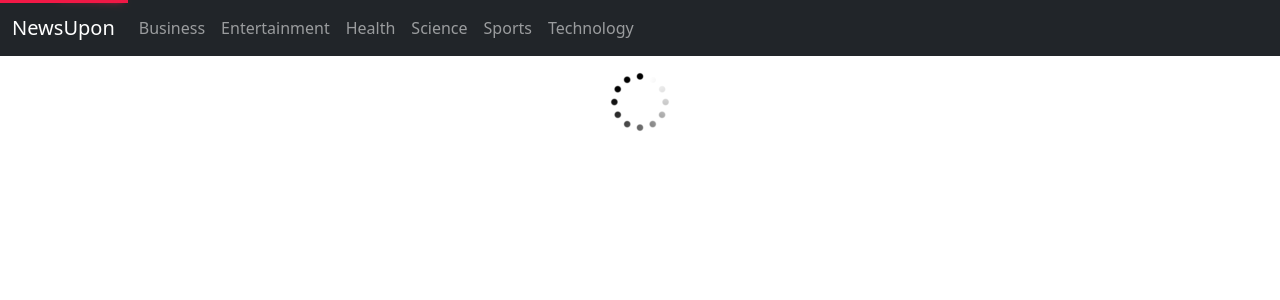
Repository: Akash33253/NewsUpon
Page: /business
An editor plug-in stored every save of this project. The page is shown before and after the next save, followed by the edit.
The browser window is 1280 px wide. The pictures show the whole page.
The page's requests for data from a server got no answer. The project was rebuilt for these pictures with package versions that can differ from the ones it lists, and the page was loaded fresh each time. No one was signed in, and anything a server would have sent is missing. Also part of the build but not shown: src/index.css, src/App.css, src/components/NewsItem.js.

Above is the page before, as saved 2022-11-12 22:49:30.

### public/index.html
<!DOCTYPE html>
<html lang="en">
  <head>
    <meta charset="utf-8" />
    <link rel="icon" href="%PUBLIC_URL%/favicon.ico" />
    <meta name="viewport" content="width=device-width, initial-scale=1" />
    <meta name="theme-color" content="#000000" />
    <meta
      name="description"
      content="NewsUpon is a free platform for daily doze of news. You can every type of news here for free."
    />
    <link rel="apple-touch-icon" href="%PUBLIC_URL%/logo192.png" />
    <link rel="manifest" href="%PUBLIC_URL%/manifest.json" />
    <link href="https://cdn.jsdelivr.net/npm/bootstrap@5.2.2/dist/css/bootstrap.min.css" rel="stylesheet" integrity="sha384-Zenh87qX5JnK2Jl0vWa8Ck2rdkQ2Bzep5IDxbcnCeuOxjzrPF/et3URy9Bv1WTRi" crossorigin="anonymous">
    <title>NewsUpon - FreeNews</title>
  </head>
  <body>
    <noscript>You need to enable JavaScript to run this app.</noscript>
    <div id="root"></div>
    <script src="https://cdn.jsdelivr.net/npm/bootstrap@5.2.2/dist/js/bootstrap.bundle.min.js" integrity="sha384-OERcA2EqjJCMA+/3y+gxIOqMEjwtxJY7qPCqsdltbNJuaOe923+mo//f6V8Qbsw3" crossorigin="anonymous"></script>
  </body>
</html>

### src/App.js
import './App.css';
import React,{useState} from 'react'
import Navbar from './components/Navbar';
import News from './components/News';
import LoadingBar from 'react-top-loading-bar'
import {
  BrowserRouter as Router,
  Routes,
  Route
} from "react-router-dom";
import Banner from './components/Banner';


export default function App() {
  const country="in"
  const pageSize= 9
  const apiKey = process.env.REACT_APP_NEWS_API
  const [progress,setpro]=useState(0);
  const setProgress=(p)=>{
     setpro(p);
  }
  return (
    <div>
        <Banner/>
        <Router>
        <Navbar/>
        <LoadingBar
        color='#f11946'
        progress={progress}
        transitionTime={2000}
        shadow={true}
        height={3}
         />
         <Routes>
          <Route  exact path="/" element={<News setProgress={setProgress} apiKey={apiKey} key="1"pageSize={pageSize} country={country} category="general"/>}></Route>
          <Route  exact path="/business" element={<News setProgress={setProgress} apiKey={apiKey} key="2"pageSize={pageSize} country={country} category="business"/>}></Route>
          <Route  exact path="/entertainment" element={<News setProgress={setProgress} apiKey={apiKey} key="3"pageSize={pageSize} country={country} category="entertainment"/>}></Route>
          <Route  exact path="/health" element={<News setProgress={setProgress} apiKey={apiKey} key="4"pageSize={pageSize} country={country} category="health"/>}></Route>
          <Route  exact path="/science" element={<News setProgress={setProgress} apiKey={apiKey} key="5"pageSize={pageSize} country={country} category="science"/>}></Route>
          <Route  exact path="/sports" element={<News setProgress={setProgress} apiKey={apiKey} key="6"pageSize={pageSize} country={country} category="sports"/>}></Route>
          <Route  exact path="/technology" element={<News setProgress={setProgress} apiKey={apiKey} key="7"pageSize={pageSize} country={country} category="technology"/>}></Route>
        </Routes>
        </Router>
      </div>
  )
}

### src/components/Navbar.js
import { Link } from 'react-router-dom'
import React from 'react'

export default function Navbar() {
    return (
        <div>
            <nav className="navbar fixed-top navbar-expand-lg bg-dark navbar-dark">
                <div className="container-fluid">
                    <Link className="navbar-brand" to="/">NewsUpon</Link>
                    <button className="navbar-toggler" type="button" data-bs-toggle="collapse" data-bs-target="#navbarSupportedContent" aria-controls="navbarSupportedContent" aria-expanded="false" aria-label="Toggle navigation">
                        <span className="navbar-toggler-icon"></span>
                    </button>
                    <div className="collapse navbar-collapse" id="navbarSupportedContent">
                        <ul className="navbar-nav me-auto mb-2 mb-lg-0">
                            <li className="nav-item">
                                <Link Link className="nav-link" aria-current="page" to="/business">Business</Link>
                            </li>
                            <li className="nav-item">
                                <Link Link className="nav-link" aria-current="page" to="/entertainment">Entertainment</Link>
                            </li>
                            <li className="nav-item">
                                <Link Link className="nav-link" aria-current="page" to="/health">Health</Link>
                            </li>
                            <li className="nav-item">
                                <Link Link className="nav-link" aria-current="page" to="/science">Science</Link>
                            </li>
                            <li className="nav-item">
                                <Link Link className="nav-link" aria-current="page" to="/sports">Sports</Link>
                            </li>
                            <li className="nav-item">
                                <Link Link className="nav-link" aria-current="page" to="/technology">Technology</Link>
                            </li>
                        </ul>
                    </div>

                </div>
            </nav>
        </div>
    )
}

### src/components/News.js
import React,{useEffect,useState} from 'react'
import NewsItem from "./NewsItem";
import Spinner from "./Spinner";
import InfiniteScroll from "react-infinite-scroll-component";

export default function News(props) {
  const [article,setArticle]=useState([]);
  const [loading,setloading]=useState(true);
  const [page,setpage]=useState(1);
  const [totalResults,settotalResults]=useState(0);
  const capitalizeFirstLetter = (string)=> {
    return string.charAt(0).toUpperCase() + string.slice(1);
  }
  const updateNews = async()=>{
    props.setProgress(10)
    const url = `https://newsapi.org/v2/top-headlines?country=${props.country}&category=${props.category}&apiKey=${props.apiKey}&page=${page}&pageSize=${props.pageSize}`;
    setloading(true);
     let data = await fetch(url);
     props.setProgress(30)
     let parsedData = await data.json();
     props.setProgress(60)
     setArticle(parsedData.articles);
     settotalResults(parsedData.totalResults);
     setloading(false)
     props.setProgress(100)
   }
   const fetchMoreData =async () => {
    setpage(page+1)
    const url = `https://newsapi.org/v2/top-headlines?country=${props.country}&category=${props.category}&apiKey=${props.apiKey}&page=${page+1}&pageSize=${props.pageSize}`;
    let data = await fetch(url);
    let parsedData = await data.json();
    setArticle(article.concat(parsedData.articles))
    setloading(false)
  };
  useEffect(()=>{
    updateNews();
  },[])
  return (
    <div className="container my-3">
        <h2 className='text-center my-3'>{capitalizeFirstLetter(props.category)} Headlines</h2>
      {loading&&<Spinner/>}
        <InfiniteScroll
          dataLength={article.length}
          next={fetchMoreData}
          hasMore={article.length!==totalResults}
          loader={<Spinner/>}
          >
        <div className="container">

        <div className="row">
          {!loading&&article.map((element) => {
            return <div className="col-md-4 my-2" key={element.url}>
                    <NewsItem
                    newsURL={element.url}
                    title={element.title?element.title.slice(0,45):""}
                    description={element.description?element.description.slice(0,88):""}
                    imgURL={element.urlToImage?element.urlToImage:"https://thumbs.dreamstime.com/b/tv-studio-live-broadcasting-recording-show-tv-news-program-studio-video-camera-lens-lights-positioned-stage-big-68406890.jpg"}
                    publishedAt={element.publishedAt?element.publishedAt:"- - - -"}
                    author={element.author?element.author:"Uknown"}
                    source={element.source.name?element.source.name:"Nil"}
                    />
                 </div>
          })}
        </div>
        </div>
          </InfiniteScroll>
      </div>
  )
}

### src/components/Banner.js
import React from 'react'

export default function Banner() {
  return (
    <div id="banner">

    </div>
  )
}

### src/components/Spinner.js
import loading from './loading.gif'
import React from 'react'

export default function Spinner() {
  return (
    <div style={{display:"flex",justifyContent:"center"}}>
      <img src={loading} alt="loading" />
    </div>
  )
}

Loaded but not shown: src/index.js (common file); src/reportWebVitals.js (common file); src/index.css (no copy from this time; the picture is the same without it)

After the next save:
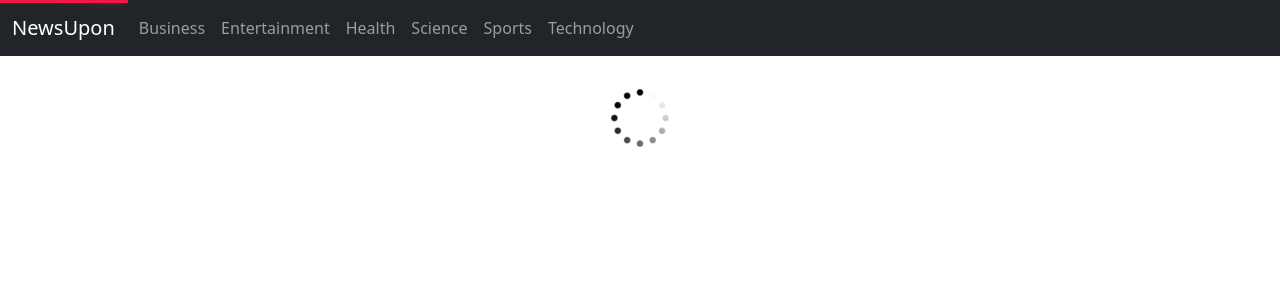
Saved 4 s later.
--- a/src/components/News.js
+++ b/src/components/News.js
@@ -37,7 +37,7 @@
   },[])
   return (
     <div className="container my-3">
-        <h2 className='text-center my-3'>{capitalizeFirstLetter(props.category)} Headlines</h2>
+        <h2 className='text-center my-4'>{capitalizeFirstLetter(props.category)} Headlines</h2>
       {loading&&<Spinner/>}
         <InfiniteScroll
           dataLength={article.length}

After the 2 saves that followed:
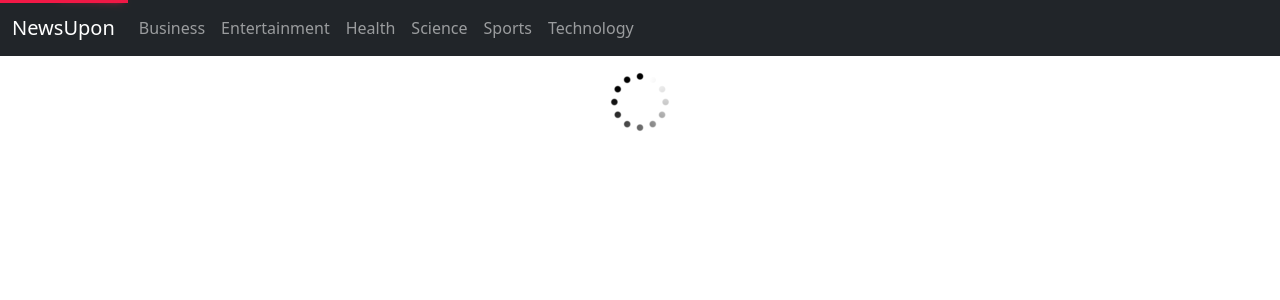
The 2 saves are shown as one change because they came seconds apart.
The last was saved 5 s later.
--- a/src/components/News.js
+++ b/src/components/News.js
@@ -37,7 +37,7 @@
   },[])
   return (
     <div className="container my-3">
-        <h2 className='text-center my-4'>{capitalizeFirstLetter(props.category)} Headlines</h2>
+        <h2 className='text-center my-3'>{capitalizeFirstLetter(props.category)} Headlines</h2>
       {loading&&<Spinner/>}
         <InfiniteScroll
           dataLength={article.length}
